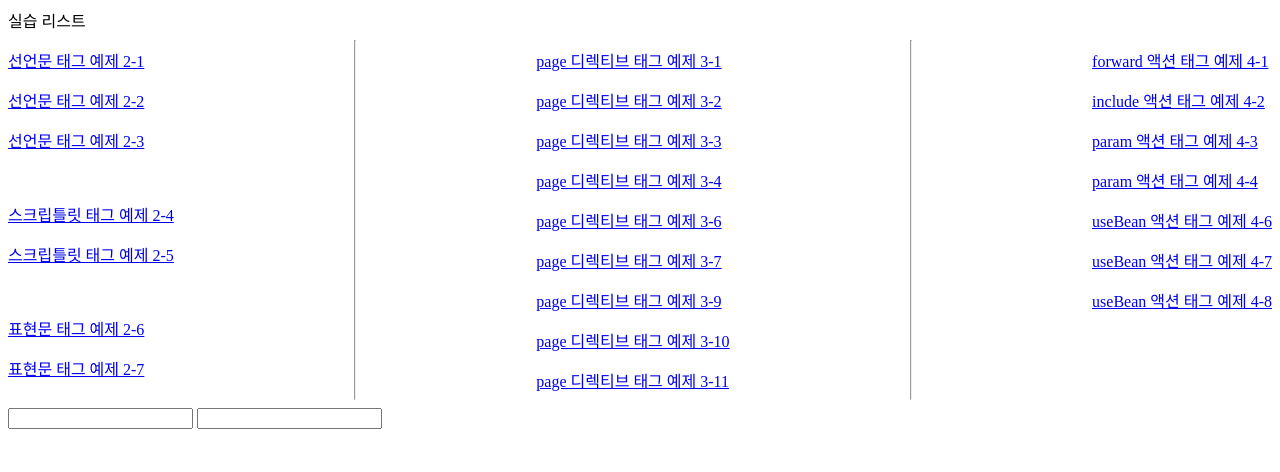
Repository: man332414/myJspStudy
Page: http://localhost/jspbook/
The author's editor kept a copy of each file at every save. The page is drawn from the files as they stood at one save, then again after the next save.
The browser window is 1280 px wide. The pictures show the whole page.
The page is served by Tomcat 10. Nobody is signed in. The application's start-up code is not run. Other server files are loaded and not shown.

Above is the page before, as saved 2024-10-10 06:18:56.

### jspbook/src/main/webapp/index.jsp
<%@ page language="java" contentType="text/html; charset=UTF-8"
    pageEncoding="UTF-8"%>
<!DOCTYPE html>
<html>
<head>
<meta charset="UTF-8">
<title>어서와 집이야</title>
</head>
<body>
	실습 리스트
	<div style = "display : flex; justify-content : left;">
		<div>
			<p><a href = "2_1"> 선언문 태그 예제 2-1</a></p>
			<p><a href = "2_2"> 선언문 태그 예제 2-2</a></p>
			<p><a href = "2_3"> 선언문 태그 예제 2-3</a></p>
			<br>
			<p><a href = "2_4"> 스크립틀릿 태그 예제 2-4</a></p>
			<p><a href = "2_5"> 스크립틀릿 태그 예제 2-5</a></p>
			<br>
			<p><a href = "2_6"> 표현문 태그 예제 2-6</a></p>
			<p><a href = "2_7"> 표현문 태그 예제 2-7</a></p>
		</div>
		<hr>
		<div>
			<p><a href = "3_1"> page 디렉티브 태그 예제 3-1</a></p>
			<p><a href = "3_2"> page 디렉티브 태그 예제 3-2</a></p>
			<p><a href = "3_3"> page 디렉티브 태그 예제 3-3</a></p>
			<p><a href = "3_4"> page 디렉티브 태그 예제 3-4</a></p>
			<p><a href = "3_6"> page 디렉티브 태그 예제 3-6</a></p>
			<p><a href = "3_7"> page 디렉티브 태그 예제 3-7</a></p>
			<p><a href = "3_9"> page 디렉티브 태그 예제 3-9</a></p>
			<p><a href = "3_10"> page 디렉티브 태그 예제 3-10</a></p>
			<p><a href = "3_11"> page 디렉티브 태그 예제 3-11</a></p>
		</div>
		<hr>
		<div>
			<p><a href = "4_1"> forward 액션 태그 예제 4-1</a></p>
			<p><a href = "4_2"> include 액션 태그 예제 4-2</a></p>
			<p><a href = "4_3"> param 액션 태그 예제 4-3</a>
			<p><a href = "4_4"> param 액션 태그 예제 4-4</a>
			<p><a href = "4_6"> useBean 액션 태그 예제 4-6</a></p>
			<p><a href = "4_7"> useBean 액션 태그 예제 4-7</a></p>
			<p><a href = "4_8"> useBean 액션 태그 예제 4-8</a></p>
		</div>
	</div>
	<form action = "4_0" method = "get">
		<input type = "text" name = "id" />
		<input type = "text" name = "name" />
	</form>

</body>
</html>

After the next save:
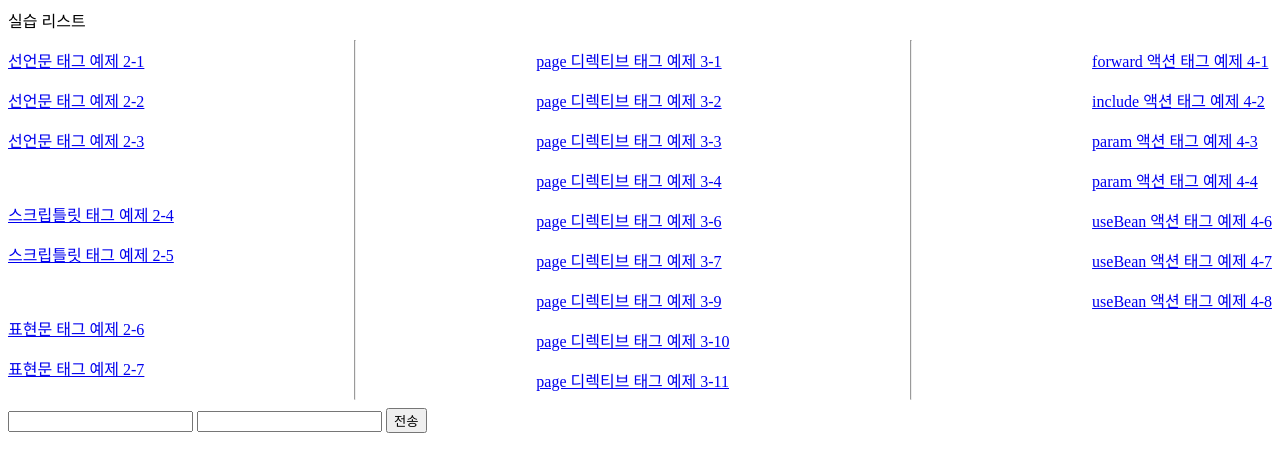
Saved 32 s later.
--- a/jspbook/src/main/webapp/index.jsp
+++ b/jspbook/src/main/webapp/index.jsp
@@ -46,6 +46,7 @@
 	<form action = "4_0" method = "get">
 		<input type = "text" name = "id" />
 		<input type = "text" name = "name" />
+		<input type = "submit" value = "전송" />
 	</form>
 
 </body>
